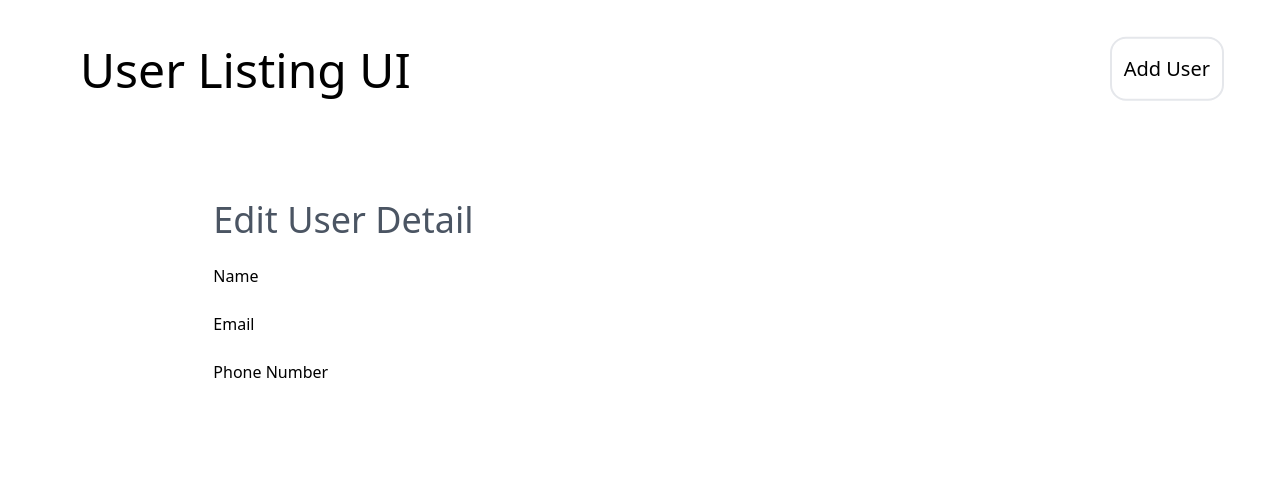
Repository: Marlstergo/listings
Page: /order (app in client/)
The author's editor kept a copy of each file at every save. The page is drawn from the files as they stood at one save, then again after the next save.
The browser window is 1280 px wide. The pictures show the whole page.
The project was rebuilt for these pictures with package versions that can differ from the ones it lists, and the page was loaded fresh each time. Also part of the build but not shown: client/craco.config.js, client/src/components/Loader.js, client/src/components/UserRow.jsx, client/src/components/Home.js, client/src/components/Modal.js. Imported but missing from the stored project, and not drawn on this page: client/src/components/Base, client/src/components/Toppings.

Above is the page before, as saved 2021-07-21 15:15:59.

### client/src/index.js
/* eslint-disable no-unused-vars */
import React from "react";
import ReactDOM from "react-dom";
import "./index.css";
import App from "./App";
import reportWebVitals from "./reportWebVitals";
import { BrowserRouter as Router } from 'react-router-dom';
import { Provider } from "react-redux";
import { store } from "./redux/store";
import { PersistGate } from "redux-persist/integration/react";
import { persistor } from "./redux/store";

ReactDOM.render(
  <React.StrictMode>
    <Provider store={store}>
      <Router>
        <PersistGate persistor={persistor}>
          <App />
        </PersistGate>
      </Router>
    </Provider>
  </React.StrictMode>,
  document.getElementById("root")
);

// If you want to start measuring performance in your app, pass a function
// to log results (for example: reportWebVitals(console.log))
// or send to an analytics endpoint. Learn more: https://bit.ly/CRA-vitals
reportWebVitals();

### client/src/App.js
import React, { useState } from 'react';
import {BrowserRouter, Route, Switch, useLocation } from "react-router-dom";
import Header from './components/Header';
import Home from './components/Home';
import Base from './components/Base';
import Toppings from './components/Toppings';
import Order from './components/EditUser';
import Modal from './components/Modal';
import { AnimatePresence } from 'framer-motion';

function App() {
  const location = useLocation();
  const showModal = true;

  return (
    <>
      <Header />
      {/* <Modal showModal={showModal} /> */}
      <AnimatePresence exitBeforeEnter>
      <BrowserRouter>
        <Switch >
          <Route
          exact
          name="home"
          path="/">
            <Home />
          </Route>
          {/* <Route exact path="/createUpdateUser">
            <Toppings />
          </Route> */}
          <Route path="/order"
          exact
          name="order">
            <Order />
          </Route>

        </Switch>
        </BrowserRouter>
      </AnimatePresence>

    </>
  );
}

export default App;

### client/src/redux/store.js
import { createStore, applyMiddleware } from "redux";
import { logger } from 'redux-logger';
import {persistStore} from 'redux-persist';
// import thunk from 'redux-thunk'
import createSagaMiddleware from 'redux-saga'

import rootSaga from './root-sagas'

import rootReducer from './root-reducer';

const sagaMiddleware = createSagaMiddleware()

const middleware = [sagaMiddleware];

if( process.env.NODE_ENV === 'development'){
    middleware.push(logger)
}

export const store = createStore(rootReducer, applyMiddleware(...middleware))

sagaMiddleware.run(rootSaga)

export const persistor = persistStore(store)

export default (store, persistor);

### client/src/components/Header.js
import React from "react";
import { motion } from "framer-motion";

const svgVariants = {
  hidden: { rotate: -180 },
  visible: {
    rotate: 0,
    transition: { duration: 1 },
  },
};

const pathVariants = {
  hidden: {
    opacity: 0,
    pathLength: 0,
  },
  visible: {
    opacity: 1,
    pathLength: 1,
    transition: {
      duration: 2,
      ease: "easeInOut",
    },
  },
};

const buttonVariants = {
  show: {
    y: [0, -20],
    x: 0,
    textShadow: "0px 0px 8px rgb(255,255,255)",
    boxShadow: "0px 0px 8px rgb(255,255,255)",
    transition: {
      duration: 0.3,
      yoyo: Infinity,
      ease: 'easeOut'
    },
  },
};

const Header = () => {
  return (
    <header className="flex p-14 w-screen justify-between  items-center">
      {/* <motion.div
        className="logo"
        drag
        dragConstraints={{ left: 0, top: 0, right: 0, bottom: 0 }}
        dragElastic={0.7}
      >

      </motion.div> */}
      <motion.div
        className=" flex justify-between w-full ml-6 text-xs"
        initial={{ y: -250 }}
        animate={{ y: -10 }}
        transition={{ delay: 0.2, type: "spring", stiffness: 120 }}
      >
        <h1 className=" pb-4 text-5xl">User Listing UI</h1>
        <motion.button variants={buttonVariants} whileHover="hover"
        animate="show"
        className="text-xl border-2 px-3 rounded-2xl"
        >
          Add User
        </motion.button>
      </motion.div>
    </header>
  );
};

export default Header;

### client/src/components/EditUser.js
import React, { useEffect } from 'react';
import { motion } from 'framer-motion';

const containerVariants = {
  hidden: {
    opacity: 0,
    x: '100vw',
    transition: {
      staggerChildren: 0.5,
    }
  },
  visible: {
    opacity: 1,
    x: 0,
    transition: {
      type: 'spring',
      mass: 0.4,
      damping: 8,
      staggerChildren: 0.4,
      when: "beforeChildren",
    }
  },
};

const childVariants = {
  hidden: {
    opacity: 0,
  },
  visible: {
    opacity: 1,
  }
}

const Order = () => {


  return (
    <motion.div className="container order flex justify-center"
      variants={containerVariants}
      initial="hidden"
      animate="visible"
      exit="exit"
    >
      <div className="w-2/3 ">
        <h1 className="text-gray-600 py-6 text-4xl">Edit User Detail</h1>

      <motion.form variants={childVariants}>
        <div className="flex flex-col">
          <label htmlFor="">Name</label>
          <input type="text" name="name" id="name" />
        </div>
        <div className="flex flex-col">
          <label htmlFor="">Email</label>
          <input type="text" name="email" id="email" />
        </div>
        <div className="flex flex-col">
          <label htmlFor="">Phone Number</label>
          <input type="text" name="phone" id="phone" />
        </div>
      </motion.form>
      <motion.div variants={childVariants}>

      </motion.div>
      </div>
    </motion.div>
  )
}

export default Order;

### client/src/redux/root-sagas.js
import {all, call} from 'redux-saga/effects'
import {userSagas} from './user/user.sagas'


export default function* rootSaga(){
    yield all([
        call(userSagas),
    ])
}

### client/src/redux/root-reducer.js
import {combineReducers} from 'redux'
import userReducer from './user/user.reducer'
// import cartReducer from './cart/cart.reducer'
import {persistReducer} from 'redux-persist'
import storage from 'redux-persist/lib/storage'
// import directoryReducer from './directory/directory.reducer'
// import shopReducer from './shop/shop.reducer'

const persistConfig ={
    key: 'root',
    storage,
    whitelist: ['' ]
}
const rootReducer = combineReducers({
    user: userReducer,

})
export default persistReducer(persistConfig, rootReducer)

### client/src/redux/user/user.sagas.js
import { all, call, put, takeLatest } from "redux-saga/effects";

import UserActionTypes from "./user.types";
import { loadUserDetail } from "./user.action";
// import axios from "axios";
// import { getUserDetailsURL } from "../../components/stringConstants";

export function* getDetails() {
  yield console.log("i fired");

  // try {
  //   console.log("inside try");

  //   const res = yield axios.get(getUserDetailsURL);
  //   const data = yield res.data;
  //   console.log(res);
  //   yield put(loadUserDetail(data ? data.data[0] : {}));
  // } catch (err) {
  //   console.log(err.response);
  //   if (err.response && err.response.statusText === "Not Found") {
  //     // console.log("");
  //     window.location.href = "/profile/settings?newUser=0837";
  //   }
  // }
}

export function* getUserDetails() {
  yield takeLatest(UserActionTypes.GET_USER_DETAIL, getDetails);
}
// export function* loadUserDetails(){
//     yield takeLatest(UserActionTypes.LOAD_USER_DETAIL, loadDetails)
// }

export function* userSagas() {
  yield all([call(getUserDetails)]);
}

### client/src/redux/user/user.reducer.js
import UserActionTypes from "./user.types";
const INITIAL_STATE = {
  // currentUser: null,
  userDetail: {},
  demo: 'i am demo',
  location: null

};
const userReducer = (state = INITIAL_STATE, action) => {
  switch (action.type) {

    case UserActionTypes.LOAD_USER_DETAIL:
      return {
        ...state,
        userDetail: action.payload,
      };

    case UserActionTypes.COLLECT_GEOLOCATION:
      return {
        ...state,
        location: action.payload
      }
    default:
      return state;
  }
};

export default userReducer;

### client/src/redux/user/user.types.js
const UserActionTypes ={
    GOOGLE_SIGN_IN_START : 'GOOGLE_SIGN_IN_START',
    SIGN_IN_SUCCESS : 'SIGN_IN_SUCCESS',
    SIGN_IN_FAILURE : 'SIGN_IN_FAILURE',
    GET_USER_DETAIL: 'GET_USER_DETAIL',
    LOAD_USER_DETAIL: 'LOAD_USER_DETAIL',
    COLLECT_GEOLOCATION: 'COLLECT_GEOLOCATION',
    FETCH_GEOLOCATION: 'FETCH_GEOLOCATION'
}
export default UserActionTypes;

### client/src/redux/user/user.action.js
import UserActionTypes from './user.types'



// export const googleSignInStart = () => ({
//     type: UserActionTypes.GOOGLE_SIGN_IN_START
// })

// export const signInSuccess = (user) => ({
//     type: UserActionTypes.SIGN_IN_SUCCESS,
//     payload: user
// })

export const getUserDetail = () => ({
    type: UserActionTypes.GET_USER_DETAIL,

})
export const loadUserDetail = (details) => ({
    type: UserActionTypes.LOAD_USER_DETAIL,
    payload: details
})

export const fetchGeoloction = () => ({
    type: UserActionTypes.FETCH_GEOLOCATION
})
export const collectGeolocation = (location) => ({
    type: UserActionTypes.COLLECT_GEOLOCATION,
    payload: location
})
// })

### client/tailwind.config.js
  // tailwind.config.js
  module.exports = {
    // mode:'jit',
    purge: ['./src/**/*.{js,jsx,ts,tsx}', './public/index.html'],
     darkMode: false, // or 'media' or 'class'
     theme: {
       extend: {},
     },
     variants: {
       extend: {},
     },
     plugins: [],
   }

Loaded but not shown: client/public/index.html (common file); client/src/index.css (common file); client/src/reportWebVitals.js (common file)

After the next save:
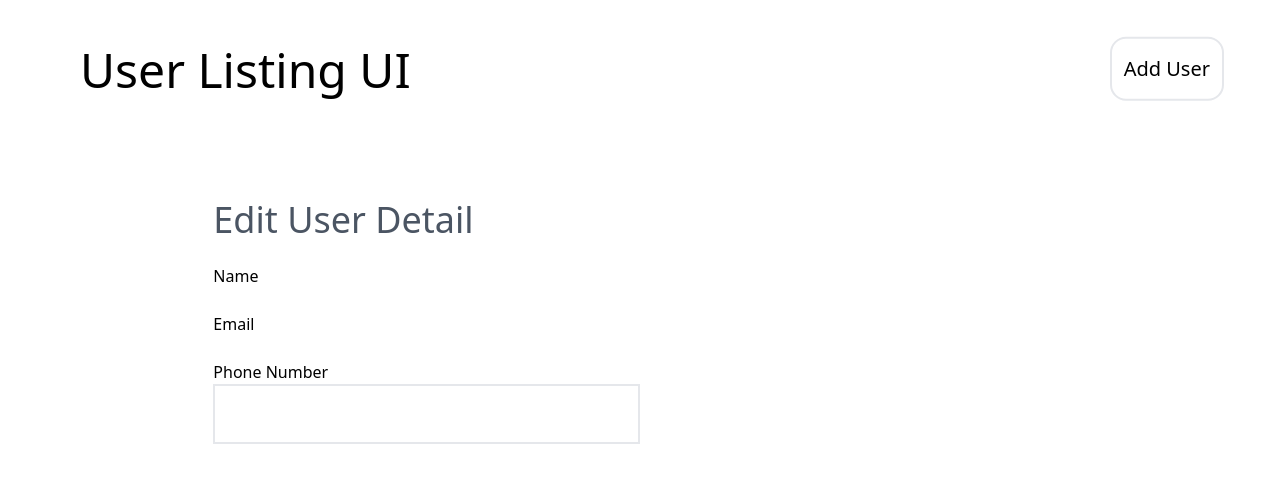
Saved 48 s later.
--- a/client/src/components/EditUser.js
+++ b/client/src/components/EditUser.js
@@ -55,7 +55,7 @@ const Order = () => {
         </div>
         <div className="flex flex-col">
           <label htmlFor="">Phone Number</label>
-          <input type="text" name="phone" id="phone" />
+          <input type="text" name="phone" className="px-3 py-4 w-1/2 border-2" id="phone" />
         </div>
       </motion.form>
       <motion.div variants={childVariants}>
